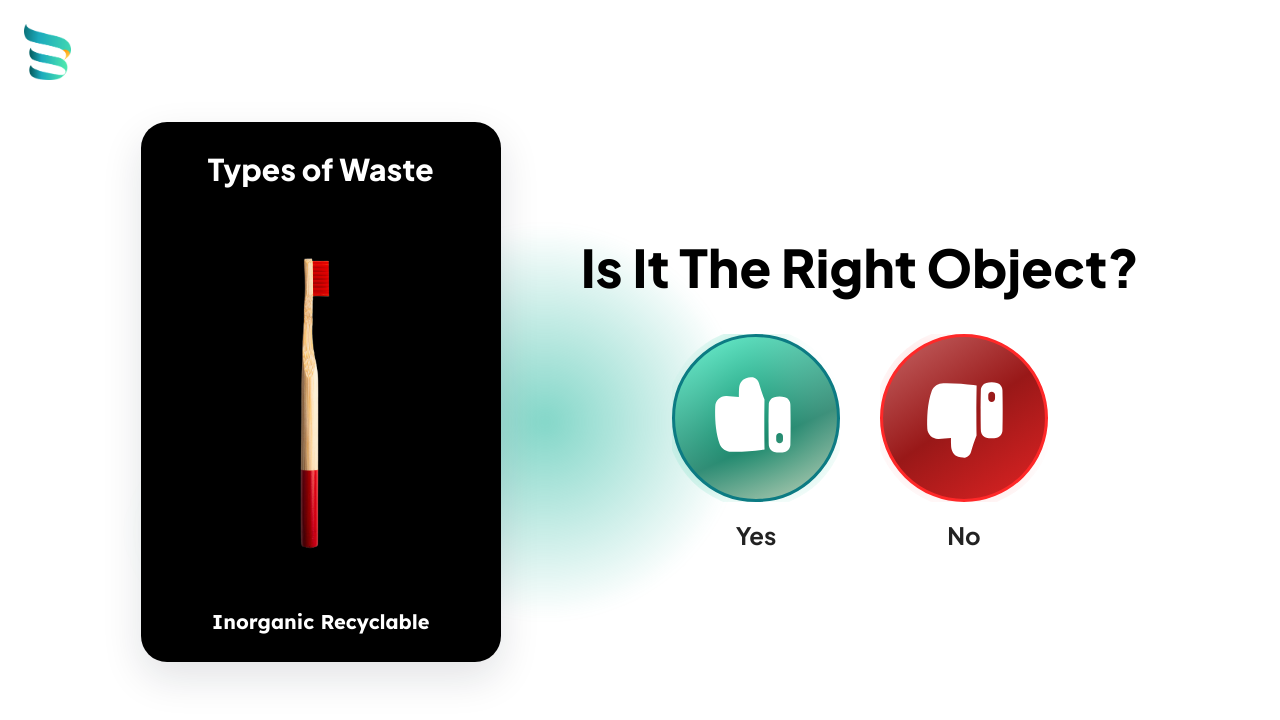
Repository: william-saputra/nusabin
Page: pages/products.html
These files come from the project's save history. The page is drawn as it stood at one moment and after the next save; the edit follows.
The browser window is 1280 px wide. The pictures show the whole page.

Above is the page before, as saved 2025-08-13 16:02:13.

After the next save:
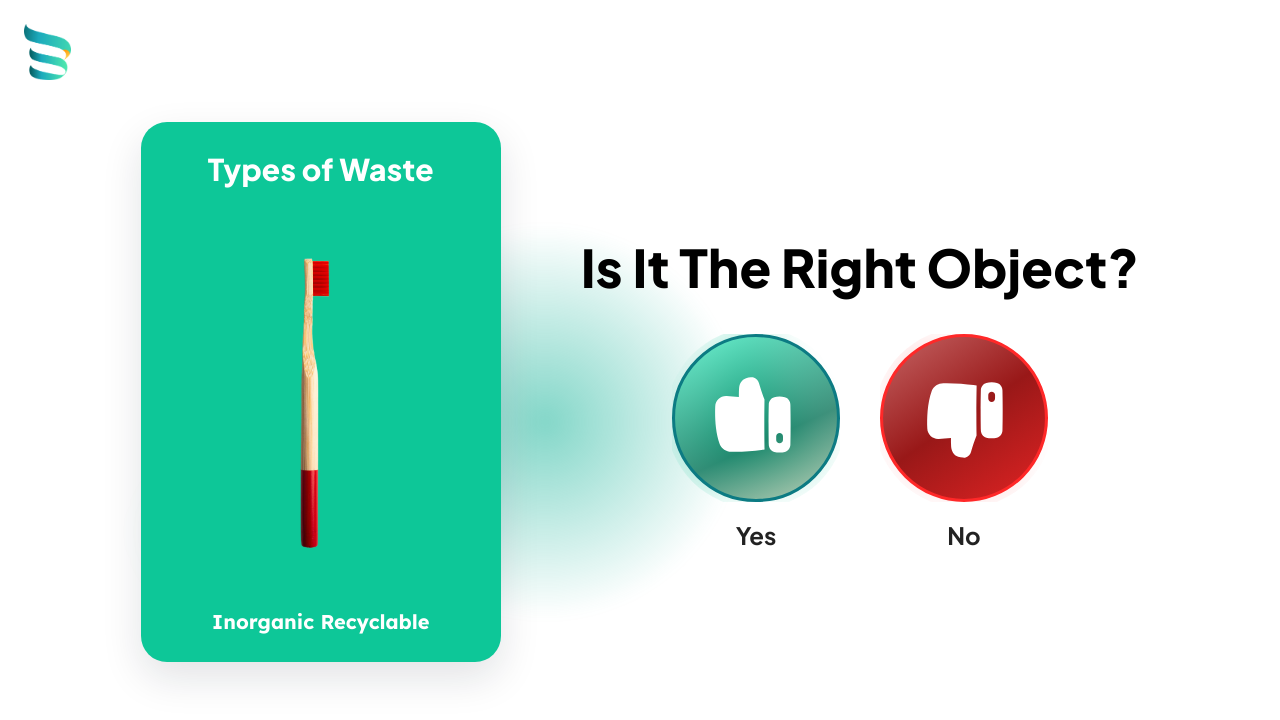
Saved 8 s later.
--- a/styles/pages/products.css
+++ b/styles/pages/products.css
@@ -1,6 +1,6 @@
 :root{
 	--bg:#ffffff;
-	--teal:#000000;
+	--teal:#0DC798;
 	--teal-deep:#13a887;
 	--teal-ring:#0f8e72;
 	--red:#e4473a;
